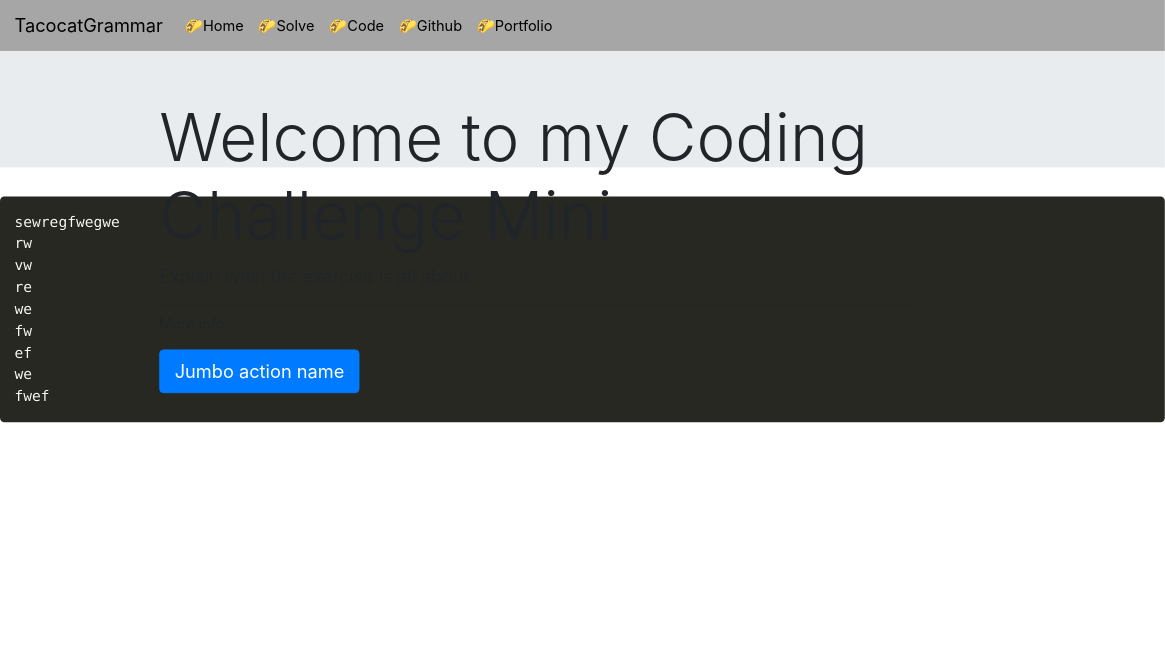
Repository: zhadjah9559/TacocatGrammar
Page: code.html
The author's editor kept a copy of each file at every save. The page is drawn from the files as they stood at one save, then again after the next save.
The browser window is 1280 px wide. The pictures show the whole page, at 91% of full size.

Above is the page before, as saved 2021-01-30 00:10:39.
Console error: TypeError: Cannot read properties of null (reading 'addEventListener')

After the next save:
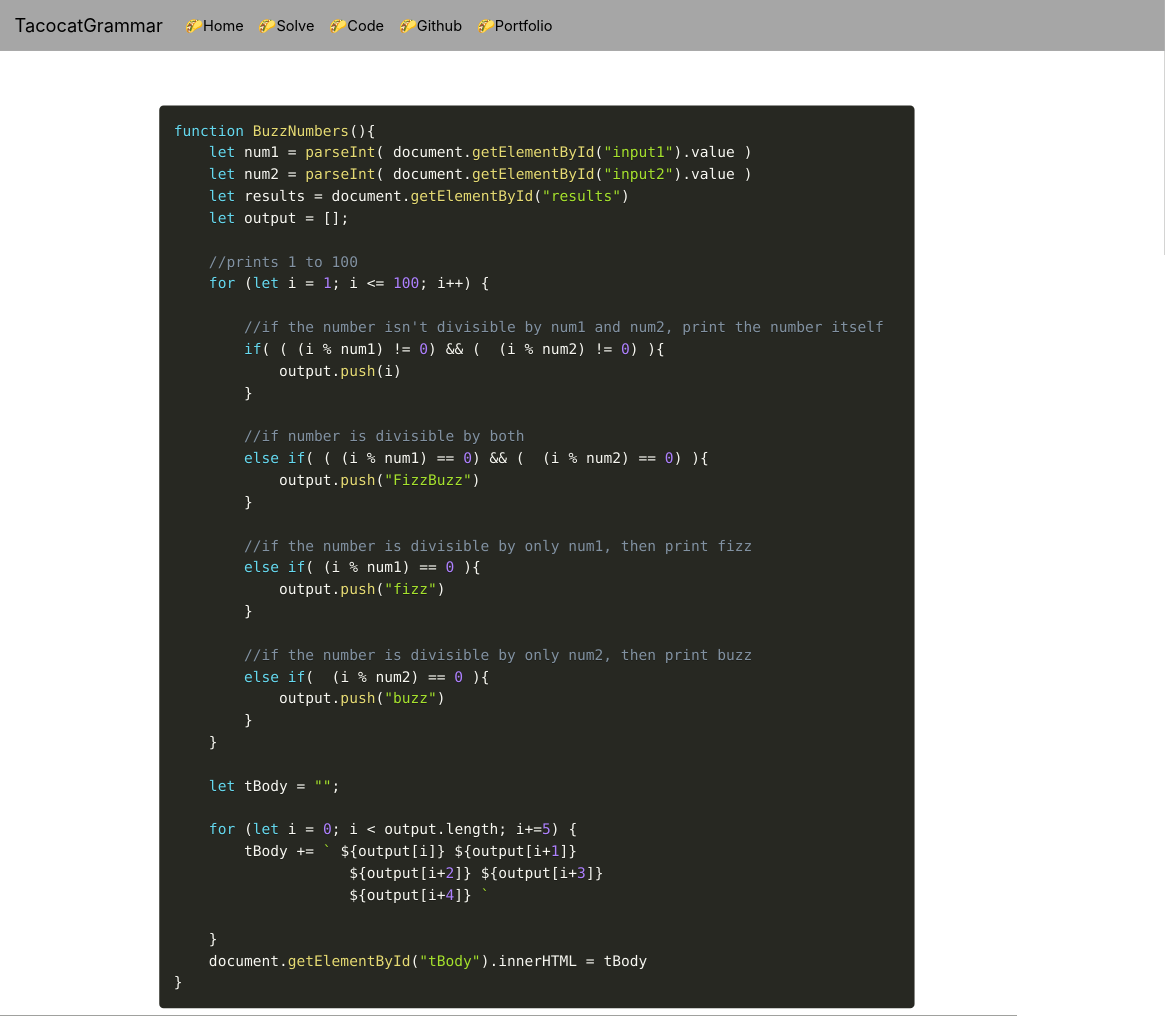
Saved 2 min 23 s later.
--- a/code.html
+++ b/code.html
@@ -39,34 +39,56 @@
     </nav>
 
 
-    <div class="jumbotron jumbotron-fluid">
-        <div class="container">
-            <h1 class="display-3">Welcome to my Coding Challenge Mini </h1>
-            <p class="lead">Explain what the exercise is all about</p>
-            <hr class="my-2">
-            <p>More info</p>
-            <p class="lead">
-                <a class="btn btn-primary btn-lg" href="Jumbo action link" role="button">Jumbo action name</a>
-            </p>
+    <div class="container">
+        <div class="row">
+            <div class="col">
+
+                <pre class="line-numbers"><code class="language-javascript">
+    function BuzzNumbers(){
+        let num1 = parseInt( document.getElementById("input1").value )
+        let num2 = parseInt( document.getElementById("input2").value )
+        let results = document.getElementById("results")
+        let output = [];
+
+        //prints 1 to 100
+        for (let i = 1; i <= 100; i++) {
+
+            //if the number isn't divisible by num1 and num2, print the number itself
+            if( ( (i % num1) != 0) && (  (i % num2) != 0) ){
+                output.push(i)
+            }
+
+            //if number is divisible by both
+            else if( ( (i % num1) == 0) && (  (i % num2) == 0) ){
+                output.push("FizzBuzz")
+            }
+
+            //if the number is divisible by only num1, then print fizz
+            else if( (i % num1) == 0 ){
+                output.push("fizz")
+            }
+
+            //if the number is divisible by only num2, then print buzz
+            else if(  (i % num2) == 0 ){
+                output.push("buzz")
+            }
+        }
+
+        let tBody = "";
+
+        for (let i = 0; i < output.length; i+=5) {
+            tBody += `<tr> <td>${output[i]}</td> <td>${output[i+1]}</td>
+                        <td>${output[i+2]}</td> <td>${output[i+3]}</td>
+                        <td>${output[i+4]}</td> </tr>`
+
+        }
+        document.getElementById("tBody").innerHTML = tBody
+    }
+            </code></pre>
+
+            </div>
         </div>
     </div>
-
-
-
-    <pre class="language-javascript">
-        <code class="line-numbers">
-sewregfwegwe
-rw
-vw
-re
-we
-fw
-ef
-we
-fwef
-        </code>
-    </pre>
-
 
 
 
